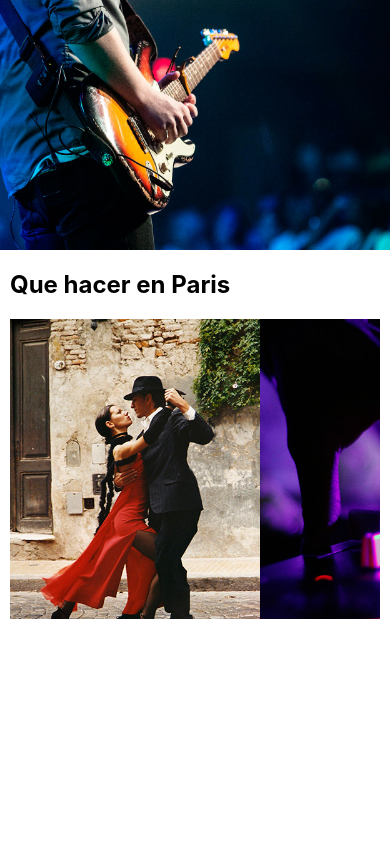
Repository: AleMicky/layout
Screen: /
The author's editor kept a copy of each file at every save. The screen is drawn from the files as they stood at one save, then again after the next save.
The app was drawn by React Native's web renderer in a window 390 px wide. The project was rebuilt for these pictures with package versions that can differ from the ones it lists, and the page was loaded fresh each time.

Above is the screen before, as saved 2020-06-27 16:37:34.

After the next save:
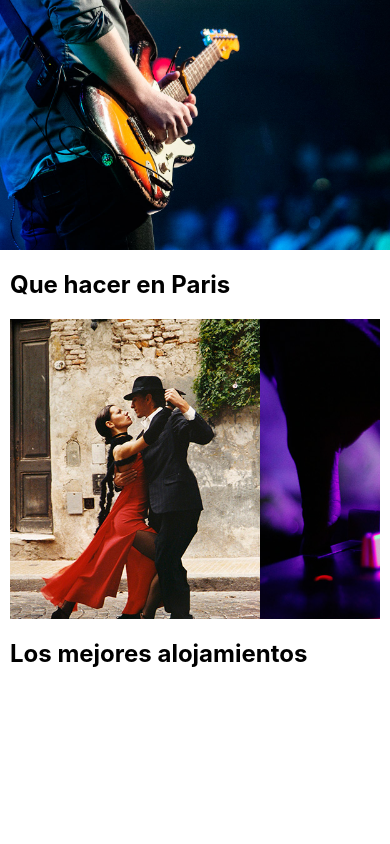
Saved 4 s later.
--- a/App.js
+++ b/App.js
@@ -35,6 +35,7 @@ const App = () => {
                           source={require('./assets/img/actividad5.jpg')} />
                 </View>
             </ScrollView>
+            <Text style={styles.titulo}>Los mejores alojamientos</Text>
 
         </View>
     </>
